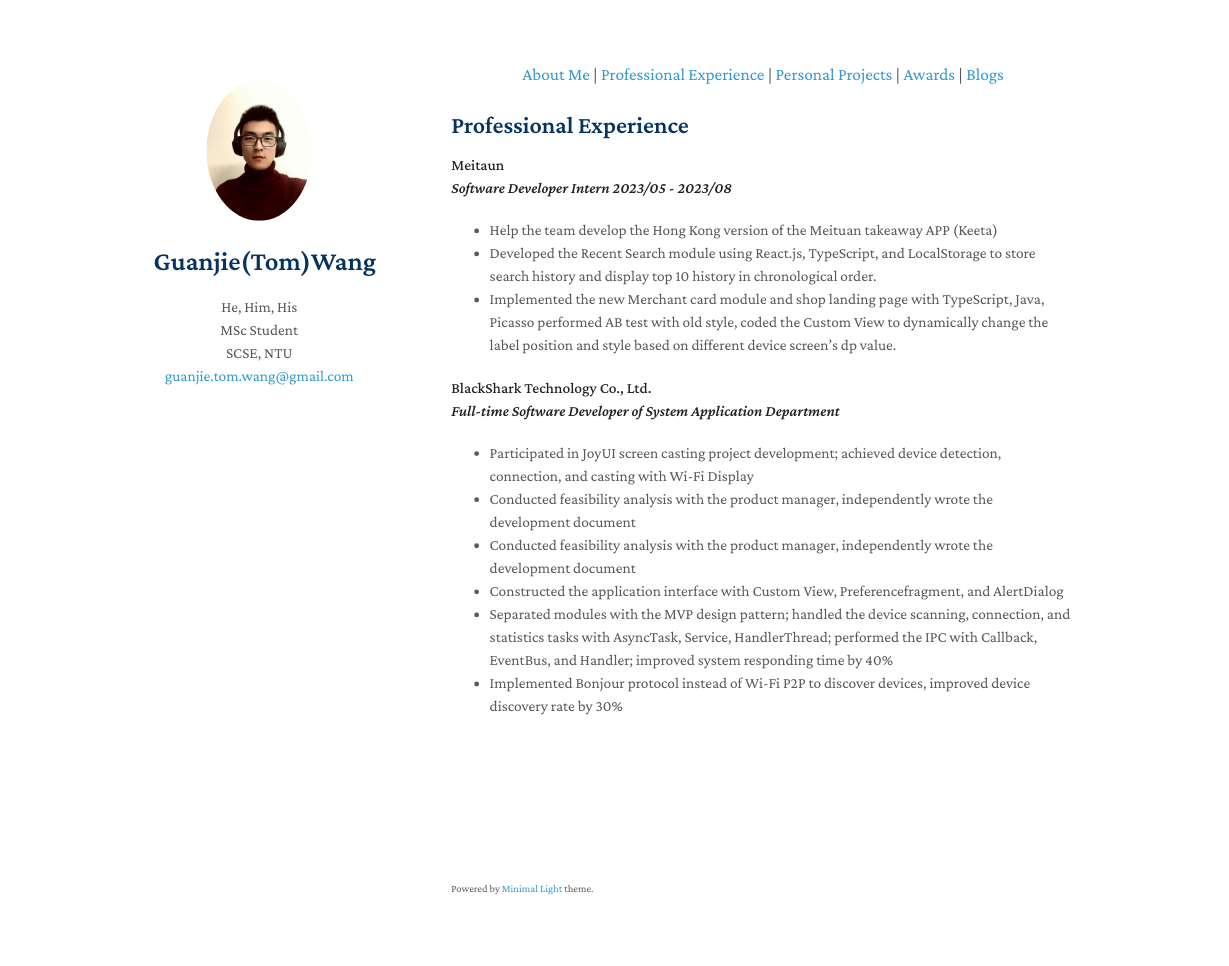
Repository: guanjie01/aboutme
Page: html/professional.html
The author's editor kept a copy of each file at every save. The page is drawn from the files as they stood at one save, then again after the next save.
The browser window is 1280 px wide. The pictures show the whole page, at 96% of full size.

Above is the page before, as saved 2023-07-30 22:20:45.

### html/professional.html
<!DOCTYPE html>
<html lang="en" class="">
  <head>
    <meta http-equiv="Content-Type" content="text/html; charset=UTF-8" />
    <title>Guanjie Wang</title>
    <link rel="shortcut icon" href="../assert/Icon.ico" />
    <meta http-equiv="X-UA-Compatible" content="IE=edge" />
    <meta name="viewport" content="width=device-width, initial-scale=1" />
    <meta
      name="description"
      content="The Minimal Light is a simple and elegant jekyll theme for academic personal homepage."
    />

    <meta name="keywords" content="minimal academic" />

    <link rel="stylesheet" href="../css/academicons.min.css" />

    <link rel="stylesheet" href="../css/all.min.css" />

    <link rel="stylesheet" href="../css/style.css" />
    <link
      type="text/css"
      rel="stylesheet"
      charset="UTF-8"
      href="../css/translateelement.css"
    />
  </head>
  <script src="../js/Professional.js"></script>
  <body data-new-gr-c-s-check-loaded="14.1087.0" data-gr-ext-installed="">
    <div id="app">
      <div class="spinner">
        <div class="rect1"></div>
        <div class="rect2"></div>
        <div class="rect3"></div>
        <div class="rect4"></div>
        <div class="rect5"></div>
      </div>
      <p style="text-align: center; font-size: 28px">Loading, please wait... </p>
    </div>
    <div class="wrapper">
    <header id="hd">
      <a class="image avatar"
        ><img
          src="../assert/Photo.jpg"
          alt="avatar"
          oncontextmenu="return false"
      /></a>

      <h1>Guanjie(Tom)Wang</h1>
      He, Him, His
      <br />
      MSc Student
      <br />

      SCSE, NTU

      <br />
      <a href="mailto: guanjie.tom.wang@gmail.com"
        >guanjie.tom.wang@gmail.com</a
      >
    </header>
    <section id="main">
      <nav id="nav">
        <a href="https://o-guanjiewang-o.github.io/guanjiewang.com/index.html">About Me</a> |
        <a href="https://o-guanjiewang-o.github.io/guanjiewang.com/html/professional.html">Professional Experience</a> |
        <a href="https://o-guanjiewang-o.github.io/guanjiewang.com/html/project.html">Personal Projects</a> |
        <a href="https://o-guanjiewang-o.github.io/guanjiewang.com/html/awards.html">Awards</a> |
        <a href="https://o-guanjiewang-o.github.io/guanjiewang.com/html/blogs.html">Blogs</a>
      </nav>
      <br />
      <div id="work-experience">
        <h2>Professional Experience</h2>
        <p>
          <strong>Meitaun<br />
            <em>Software Developer Intern </em>
            <em> 2023/05 - 2023/08</em>
          </strong>
        </p>
        <ul>
          <li>
            Help the team develop the Hong Kong version of the Meituan takeaway APP (Keeta)
          </li>
          <li>
            Developed the Recent Search module using React.js, TypeScript, and LocalStorage to store search history and display top 10 history in chronological order.
          </li>
          <li>
            Implemented the new Merchant card module and shop landing page with TypeScript, Java, Picasso performed AB test with old style, coded the Custom View to dynamically change the label position and style based on different device screen’s dp value.
          </li>
        </ul>

        <p>
          <strong>BlackShark Technology Co., Ltd.<br /> <em>Full-time Software Developer of System Application Department</em></strong>
        </p>

        <ul>
          <li>
            Participated in JoyUI screen casting project development; achieved
            device detection, connection, and casting with Wi-Fi Display
          </li>
          <li>
            Conducted feasibility analysis with the product manager,
            independently wrote the development document
          </li>
          <li>
            Conducted feasibility analysis with the product manager,
            independently wrote the development document
          </li>
          <li>
            Constructed the application interface with Custom View,
            Preferencefragment, and AlertDialog
          </li>
          <li>
            Separated modules with the MVP design pattern; handled the device
            scanning, connection, and statistics tasks with AsyncTask, Service,
            HandlerThread; performed the IPC with Callback, EventBus, and
            Handler; improved system responding time by 40%
          </li>
          <li>
            Implemented Bonjour protocol instead of Wi-Fi P2P to discover
            devices, improved device discovery rate by 30%
          </li>
        </ul>
      </div>

      <div id="reference">
        <br /><br /><br /><br /><br /><br />

        <p>
          <small
            >Powered by
            <a
              href="https://github.com/yaoyao-liu/minimal-light"
              target="_blank"
              rel="noopener"
              >Minimal Light</a
            >
            theme.</small
          >
        </p>
      </div>
    </section>
  </div>
  </body>
</html>

### css/style.css
@import url("https://fonts.googleapis.com/css2?family=Crimson+Pro:ital,wght@0,400;0,500;0,600;1,600&display=swap");
@import url("https://fonts.googleapis.com/css2?family=Ubuntu+Mono&display=swap");
body {
  background-color: #fff;
  padding: 0px;
  font: 16px/1.5 Crimson Pro, serif;
  color: #595959;
  font-weight: 400;
  margin: 0;
}
@keyframes fadeInAnimation {
  0% {
    opacity: 0; /*设置不透明度*/
  }
  100% {
    opacity: 1;
  }
}
.social-icons a {
  display: inline-block;
  height: 3rem;
  width: 3rem;
  background-color: #495057;
  color: #fff !important;
  border-radius: 100%;
  text-align: center;
  font-size: 1.5rem;
  line-height: 3.1rem;
  margin-right: 1rem;
}
.social-icons a:last-child {
  margin-right: 0;
}
.social-icons a:hover {
  background-color: #000000;
}
autocolor {
  color: #494949;
}
lightonly {
  visibility: visible;
}
darkonly {
  visibility: hidden;
}
education {
  font-weight: 500;
  font-size: 115%;
}
papertitle {
  font-weight: 600;
  font-size: 100%;
}
@media (prefers-color-scheme: dark) {
  body {
    background-color: #20212b;
    color: #dadbdf;
  }
  autocolor {
    color: #dadbdf;
  }
  lightonly {
    visibility: hidden;
  }
  darkonly {
    visibility: visible;
  }
  papertitle {
    color: #eeeff0;
  }
}
.image {
  border-radius: 0.35em;
  border: 0;
  display: inline-block;
  position: relative;
}
.image:before {
  -moz-transition: opacity 0.2s ease-in-out;
  -webkit-transition: opacity 0.2s ease-in-out;
  -ms-transition: opacity 0.2s ease-in-out;
  transition: opacity 0.2s ease-in-out;
  border-radius: 0.35em;
  content: "";
  display: block;
  height: 100%;
  left: 0;
  opacity: 0.5;
  position: absolute;
  top: 0;
  width: 100%;
}
.image.avatar {
  border-radius: 100%;
}
.image.avatar:before {
  display: none;
}
.image.avatar img {
  border-radius: 100%;
  width: 50%;
  padding: 20px;
}
#header .image.avatar {
  margin: 0 0 1em 0;
  width: 8em;
}
h1,
h3,
h4,
h5,
h6 {
  font-weight: 600;
  color: #043361;
  margin: 0 0 20px;
}
h2 {
  color: #043361;
  margin: 2px 0px 15px;
  font-size: 157%;
}
@media (prefers-color-scheme: dark) {
  h1,
  h3,
  h4,
  h5,
  h6 {
    color: #3eb7f0;
  }
  h2 {
    color: #3eb7f0;
  }
}
p,
ul,
ol,
table,
pre,
dl {
  margin: 0 0 20px;
}
h1,
h2,
h3 {
  line-height: 1.1;
}
h1 {
  font-size: 28px;
}
a {
  color: #39c;
  text-decoration: none;
}
a:hover {
  color: #069;
}
@media (prefers-color-scheme: dark) {
  a {
    color: #3eb7f0;
  }
}
a small {
  font-size: 11px;
  color: #777;
  margin-top: -0.3em;
  display: block;
}
a:hover small {
  color: #777;
}
.wrapper {
  width: 960px;
  margin: 0 auto;
}
blockquote {
  border-left: 1px solid #e5e5e5;
  margin: 0;
  padding: 0 0 0 20px;
  font-style: italic;
}
code,
pre {
  font-family: Monaco, Bitstream Vera Sans Mono, Lucida Console, Terminal,
    Consolas, Liberation Mono, DejaVu Sans Mono, Courier New, monospace;
  color: #333;
}
pre {
  max-width: 500px;
  padding: 8px 15px;
  background: #f8f8f8;
  border-radius: 5px;
  border: 1px solid #e5e5e5;
  overflow-x: auto;
}
table {
  width: 100%;
  border-collapse: collapse;
}
th,
td {
  text-align: left;
  padding: 5px 10px;
  border-bottom: 1px solid #e5e5e5;
}
dt {
  color: #444;
  font-weight: 500;
}
th {
  color: #444;
}
@media (prefers-color-scheme: dark) {
  th {
    color: #3eb7f0;
  }
  dt {
    color: #3eb7f0;
  }
}
img {
  max-width: 100%;
}
header {
  width: 220px;
  float: left;
  position: fixed;
  -webkit-font-smoothing: subpixel-antialiased;
  padding-top: 4em;
  text-align: center;
  animation: 1s fadeInAnimation;
  animation-iteration-count: 1;
  animation-fill-mode: forwards;
}
nav {
  text-align: center;
  font-size: large;
  animation: 1s fadeInAnimation;
  animation-iteration-count: 1;
  animation-fill-mode: forwards;
}
#about-me {
  animation: 1s fadeInAnimation;
  animation-iteration-count: 1;
  animation-fill-mode: forwards;
}
#work-experience {
  animation: 1s fadeInAnimation;
  animation-iteration-count: 1;
  animation-fill-mode: forwards;
}

#project {
  animation: 1s fadeInAnimation;
  animation-iteration-count: 1;
  animation-fill-mode: forwards;
}
#Awards {
  animation: 1s fadeInAnimation;
  animation-iteration-count: 1;
  animation-fill-mode: forwards;
}
#reference {
  animation: 1s fadeInAnimation;
  animation-iteration-count: 1;
  animation-fill-mode: forwards;
}
header ul {
  list-style: none;
  height: 40px;
  padding: 0;
  background: #f4f4f4;
  border-radius: 5px;
  border: 1px solid #e0e0e0;
  width: 270px;
}
header li {
  width: 89px;
  float: left;
  border-right: 1px solid #e0e0e0;
  height: 40px;
}
header li:first-child a {
  border-radius: 5px 0 0 5px;
}
header li:last-child a {
  border-radius: 0 5px 5px 0;
}
header ul a {
  line-height: 1;
  font-size: 11px;
  color: #999;
  display: block;
  text-align: center;
  padding-top: 6px;
  height: 34px;
}
header ul a:hover {
  color: #999;
}
header ul a:active {
  background-color: #f0f0f0;
}
strong {
  color: #222;
  font-weight: 500;
}
@media (prefers-color-scheme: dark) {
  strong {
    color: #eeeff0;
  }
}
header ul li + li + li {
  border-right: none;
  width: 89px;
}
header ul a strong {
  font-size: 14px;
  display: block;
  color: #222;
}
section {
  width: 650px;
  float: right;
  padding-top: 4em;
  padding-bottom: 50px;
}
small {
  font-size: 11px;
}
hr {
  border: 0;
  background: #e5e5e5;
  height: 1px;
  margin: 0 0 20px;
}
footer {
  width: 220px;
  float: left;
  position: fixed;
  bottom: 30px;
  -webkit-font-smoothing: subpixel-antialiased;
  text-align: center;
}
@media print, screen and (max-width: 960px) {
  div.wrapper {
    width: auto;
    margin: 0;
  }
  header,
  section,
  footer {
    float: none;
    position: static;
    width: auto;
  }
  header {
    padding-right: 320px;
  }
  section {
    border: 1px solid #e5e5e5;
    border-width: 1px 0;
    padding: 20px 0;
    margin: 0 0 20px;
  }
  header a small {
    display: inline;
  }
  header ul {
    position: absolute;
    right: 50px;
    top: 52px;
  }
  .image.avatar img {
    border-radius: 100%;
    width: 117px;
    padding: 20px;
  }
  #head1o2 {
    visibility: hidden;
  }
  #head2o2 {
    visibility: hidden;
  }
}
@media print, screen and (max-width: 960px) {
  body {
    word-wrap: break-word;
    padding: 15px;
  }
  header {
    padding: 0;
  }
  pre,
  code {
    word-wrap: normal;
  }
}
@media print, screen and (max-width: 480px) {
  body {
    padding: 15px;
  }
  header ul {
    width: 99%;
  }
  header li,
  header ul li + li + li {
    width: 33%;
  }
  .image.avatar img {
    border-radius: 100%;
    width: 95px;
    padding: 20px;
  }
  #head1o2 {
    visibility: hidden;
  }
  #head2o2 {
    visibility: hidden;
  }
}
@media print {
  body {
    padding: 0.4in;
    font-size: 12pt;
    color: #444;
  }
}
.biblink {
  text-decoration: none;
  display: inline;
  margin-right: 0px;
}
.fakelink {
  text-decoration: none;
  cursor: pointer;
}
.bibref {
  font-size: 70%;
  margin-top: 10px;
  margin-left: 0px;
  display: none;
  font-family: monospace;
}

.spinner {
  margin: 50px auto;
  width: 300px;
  height: 300px;
  text-align: center;
  font-size: 10px;
}

.spinner > div {
  background-color: #043361;
  height: 100%;
  width: 20px;
  display: inline-block;
  -webkit-animation: stretchDelay 1.2s infinite ease-in-out;
  animation: stretchDelay 1.2s infinite ease-in-out;
}

.spinner .rect2 {
  margin-left: 30px;
  -webkit-animation-delay: -1.1s;
  animation-delay: -1.1s;
}

.spinner .rect3 {
  margin-left: 30px;
  -webkit-animation-delay: -1s;
  animation-delay: -1s;
}

.spinner .rect4 {
  margin-left: 30px;
  -webkit-animation-delay: -0.9s;
  animation-delay: -0.9s;
}

.spinner .rect5 {
  margin-left: 30px;
  -webkit-animation-delay: -0.8s;
  animation-delay: -0.8s;
}

@-webkit-keyframes stretchDelay {
  0%,
  40%,
  100% {
    -webkit-transform: scaleY(0.4);
  }
  20% {
    -webkit-transform: scaleY(1);
  }
}

@keyframes stretchDelay {
  0%,
  40%,
  100% {
    transform: scaleY(0.4);
    -webkit-transform: scaleY(0.4);
  }
  20% {
    transform: scaleY(1);
    -webkit-transform: scaleY(1);
  }
}

Loaded but not shown: css/academicons.min.css (library); css/all.min.css (library); js/Professional.js (22 lines, source omitted); css/translateelement.css (924 lines, source omitted)

After the next save:
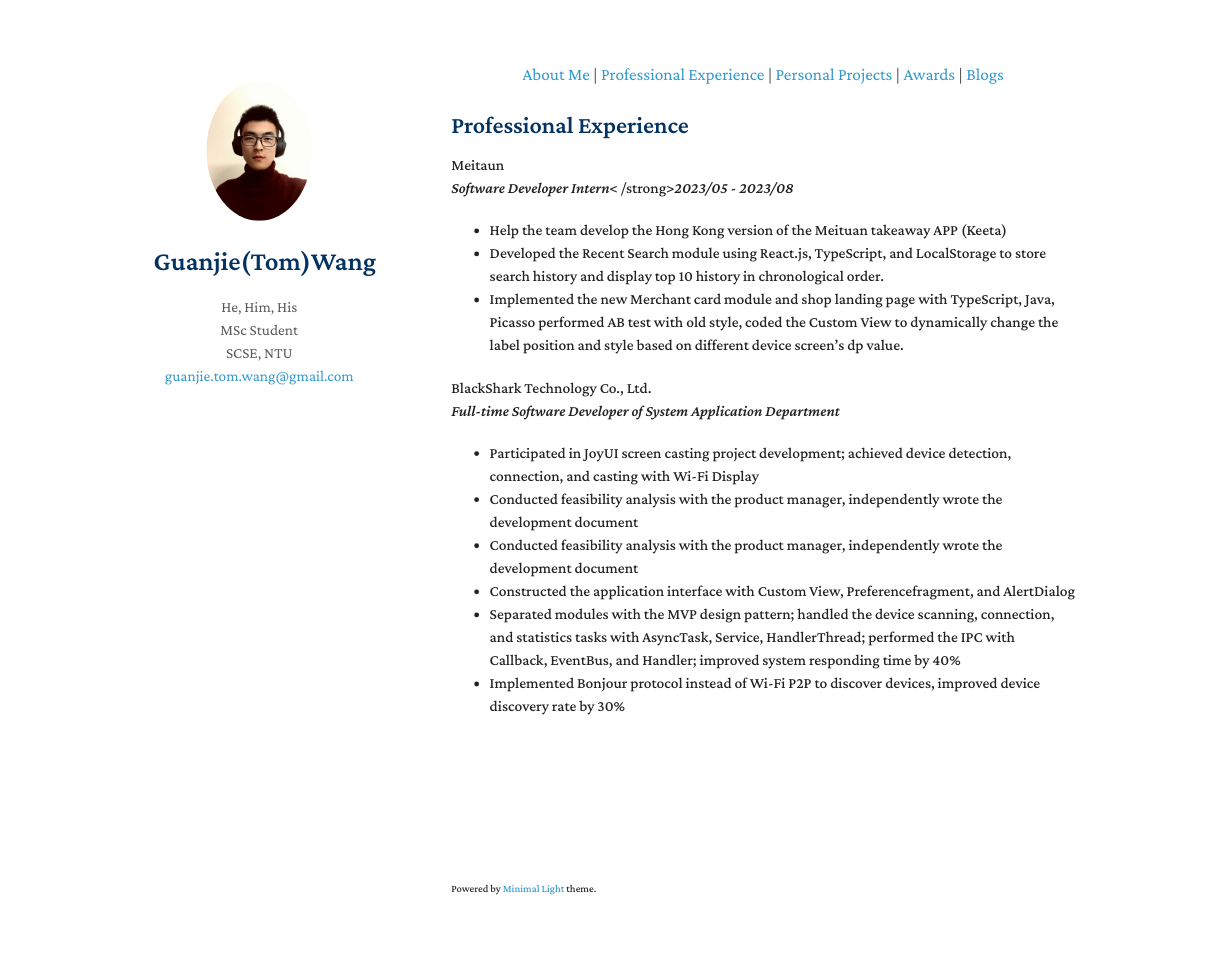
Saved 2 min 6 s later.
--- a/html/professional.html
+++ b/html/professional.html
@@ -70,11 +70,11 @@
       <br />
       <div id="work-experience">
         <h2>Professional Experience</h2>
-        <p>
+       <p style="display: flex; justify-content: space-between;">
           <strong>Meitaun<br />
-            <em>Software Developer Intern </em>
-            <em> 2023/05 - 2023/08</em>
-          </strong>
+            <em style="float: left;">Software Developer Intern </em>
+            <em style = "float:right"> 2023/05 - 2023/08</em>
+          < /strong>
         </p>
         <ul>
           <li>

After the save that followed:
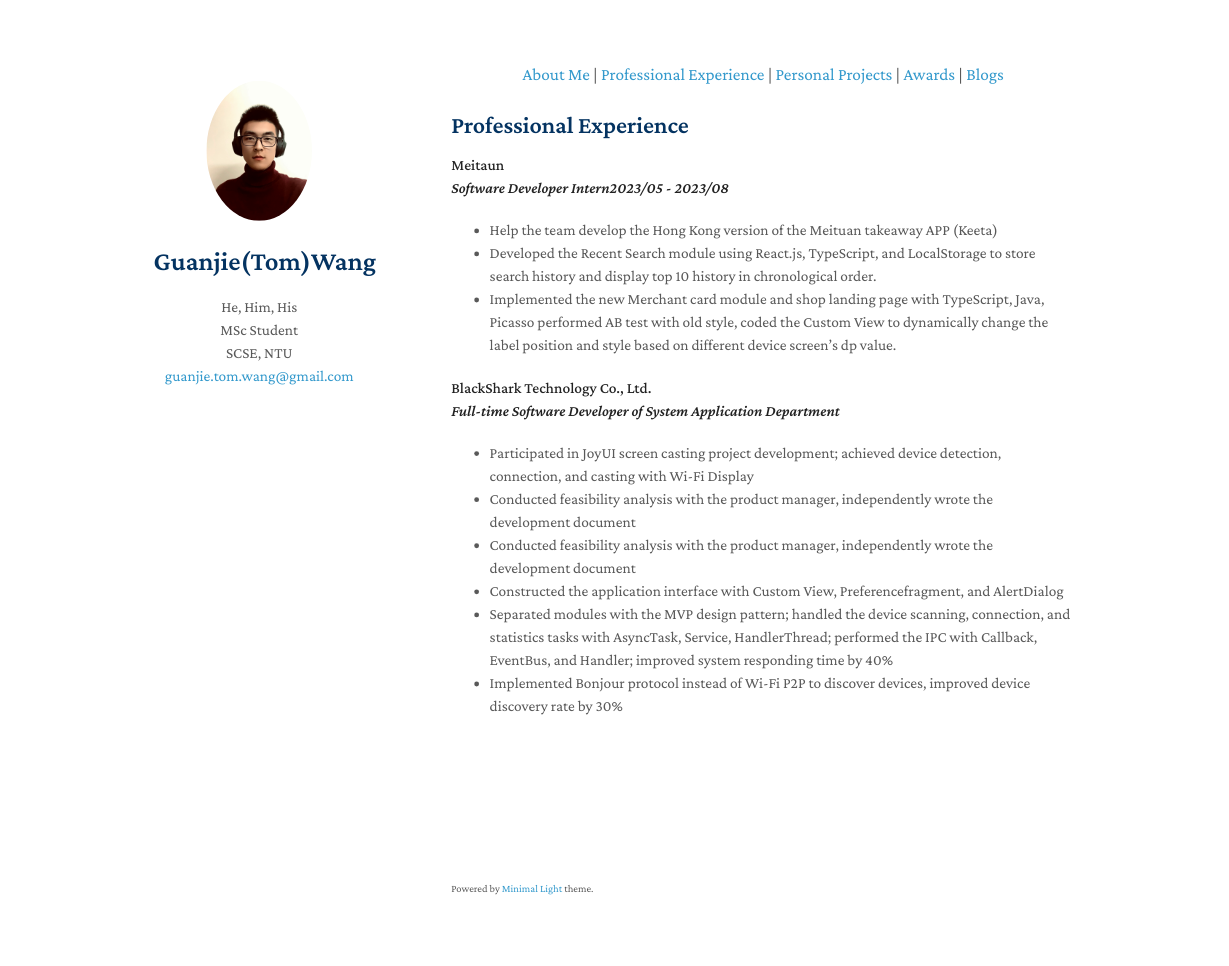
Saved 33 s later.
--- a/html/professional.html
+++ b/html/professional.html
@@ -74,7 +74,7 @@
           <strong>Meitaun<br />
             <em style="float: left;">Software Developer Intern </em>
             <em style = "float:right"> 2023/05 - 2023/08</em>
-          < /strong>
+          </strong>
         </p>
         <ul>
           <li>
